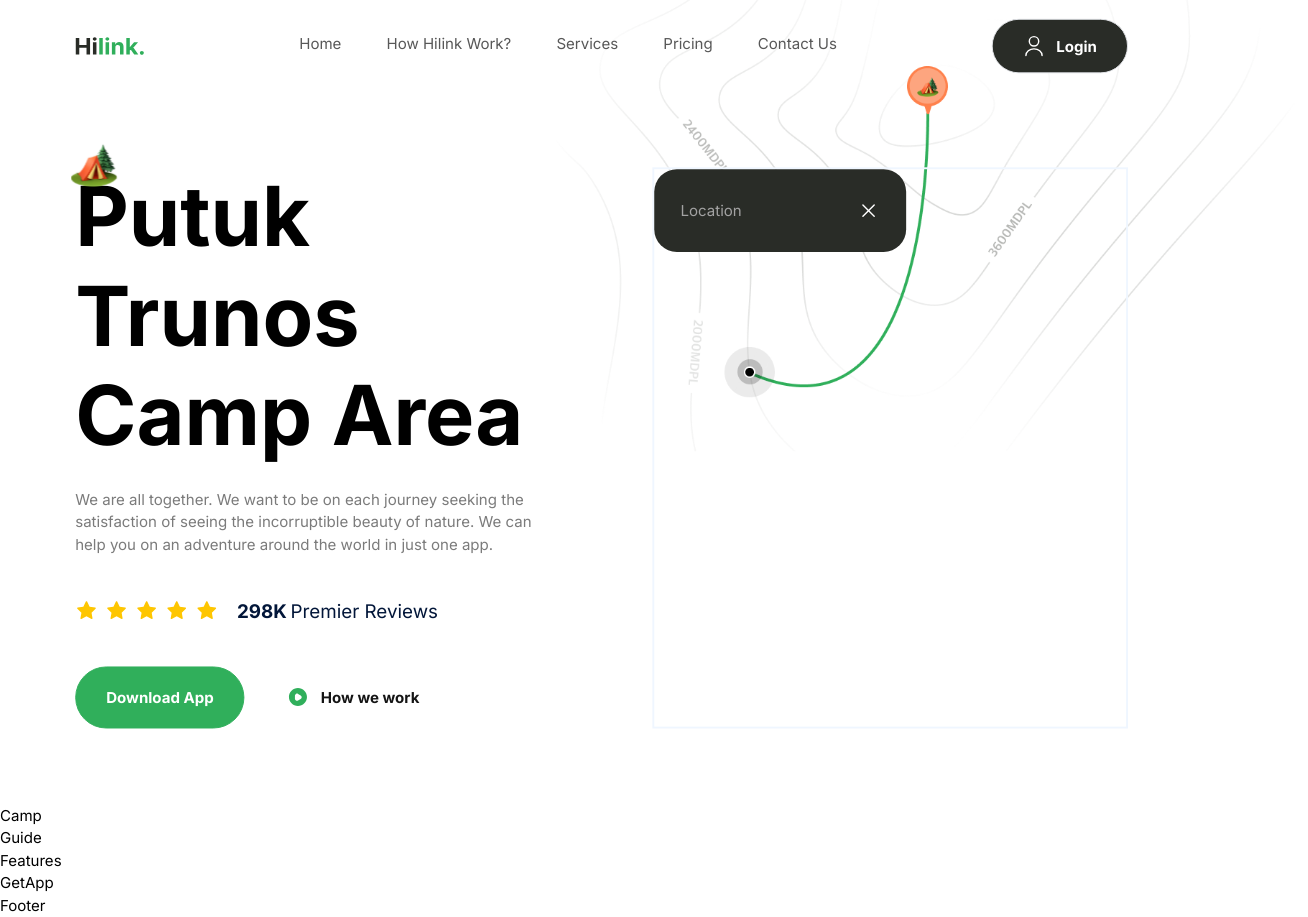
Repository: SouthpawC0der/Modern-reactsite
Page: /
An editor plug-in stored every save of this project. The page is shown before and after the next save, followed by the edit.
The browser window is 1280 px wide. The page is 1392 px wide, so the pictures cover 1392 px, including what lies to the right of the window. The pictures show the whole page, at 94% of full size.
The project was rebuilt for these pictures with package versions that can differ from the ones it lists, and the page was loaded fresh each time. The framework's server and built-in components were replaced by stand-ins that run in the browser. Also part of the build but not shown: next.config.ts.

Above is the page before, as saved 2025-01-30 11:54:34.

After the next save:
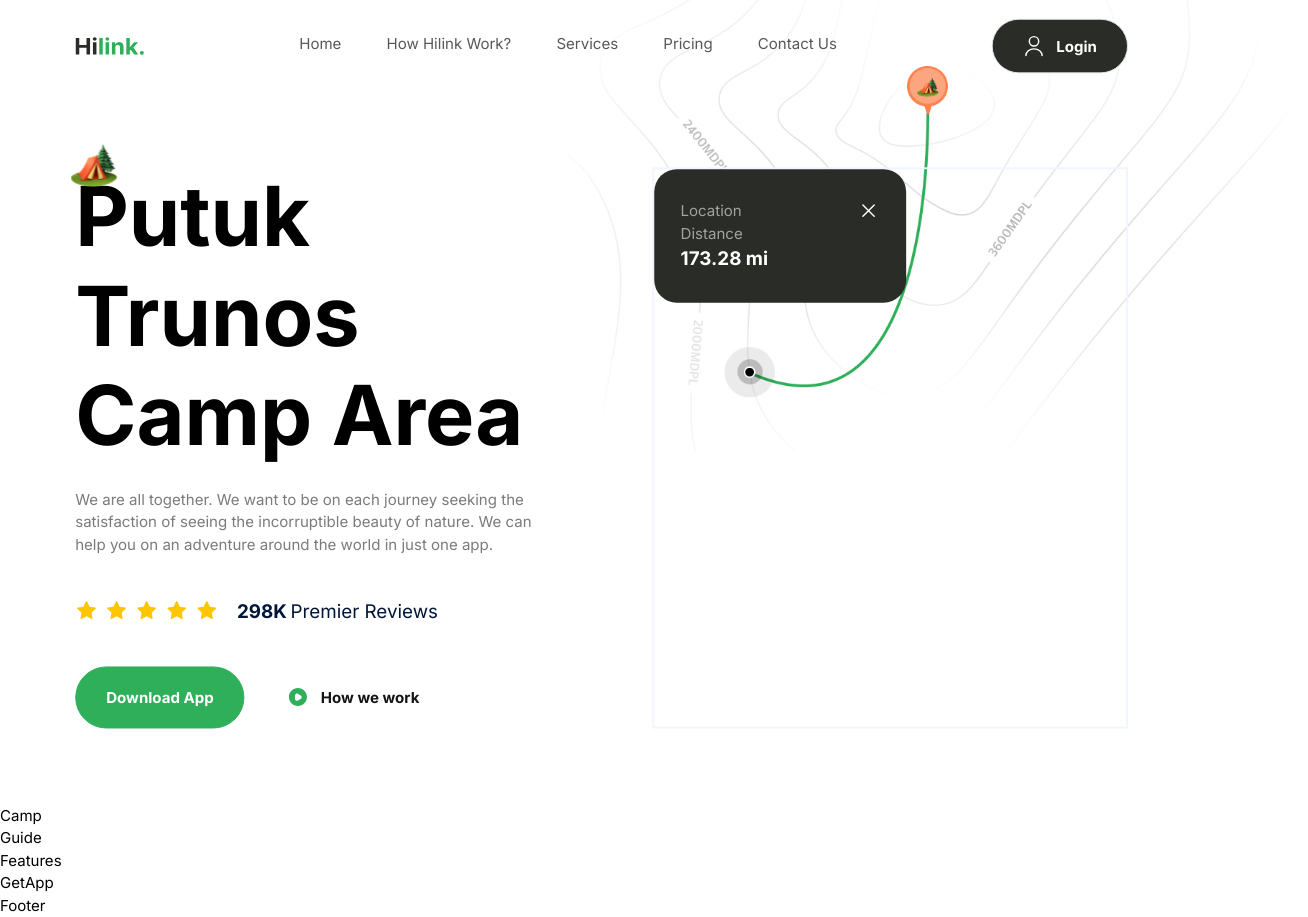
Saved 96 s later.
--- a/components/Hero.tsx
+++ b/components/Hero.tsx
@@ -70,7 +70,8 @@ const Hero = () => {
 
                 <div className='flexBetween'>
                     <div className='flex flex-col'>
-
+                        <p className='regular-16 block text-gray-20'>Distance</p>
+                        <p className='bold-20 text-white'>173.28 mi</p>
                     </div>
                 </div>
             </div>
